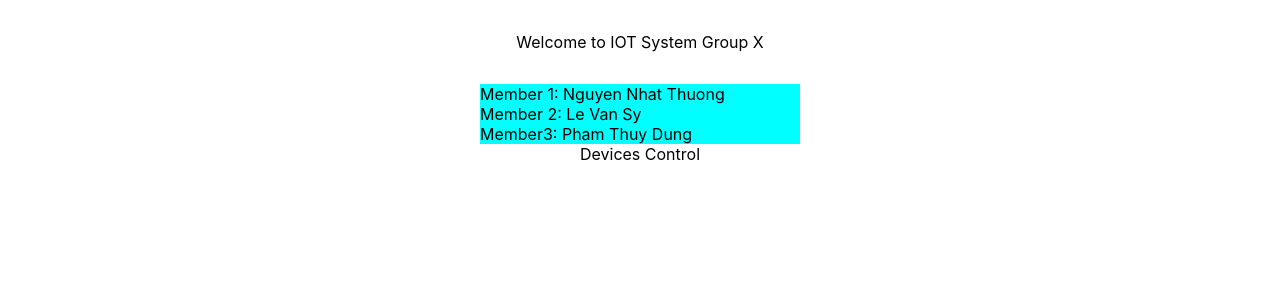
Repository: ngnhthuong/IOT_LAB
Page: /
An editor plug-in stored every save of this project. The page is shown before and after a run of saves, followed by the edit.
The browser window is 1280 px wide. The pictures show the whole page.
The project was rebuilt for these pictures with package versions that can differ from the ones it lists, and the page was loaded fresh each time.

Above is the page before, as saved 2024-04-23 14:37:23.

### src/App.js
import "./App.css";

function App() {
  return (
    <div className="main">
      <div>

      </div>
      <div className="welcome-name">Welcome to IOT System Group X</div>
      <div className="member-name">
        <div className="member">Member 1: Nguyen Nhat Thuong</div>
        <div className="member">Member 2: Le Van Sy</div>
        <div className="member">Member3: Pham Thuy Dung</div>
      </div>
      <div>Devices Control</div>
      <div>
        <div>
          <div></div>
          <div></div>
        </div>
        <div>
          <div></div>
          <div></div>
        </div>
      </div>
    </div>
  );
}

export default App;

### src/App.css
* {
  margin: 0;
  padding: 0;
  box-sizing: border-box;
}

.main{
  width: 100vw;
  height: 100vh;
  display: flex;
  /* justify-content: center; */
  align-items: center;
  flex-direction: column;
}

.welcome-name{
  display: flex;
  justify-content: center;
  padding: 2rem;
}

.member-name{
  display: flex;
  flex-direction: column;
  background-color: aqua;
  width: 20rem;
}

.member{
  display: flex;
  left: 0;
}

Loaded but not shown: public/index.html (common file); src/index.js (common file); src/index.css (common file)

After the next 4 saves:
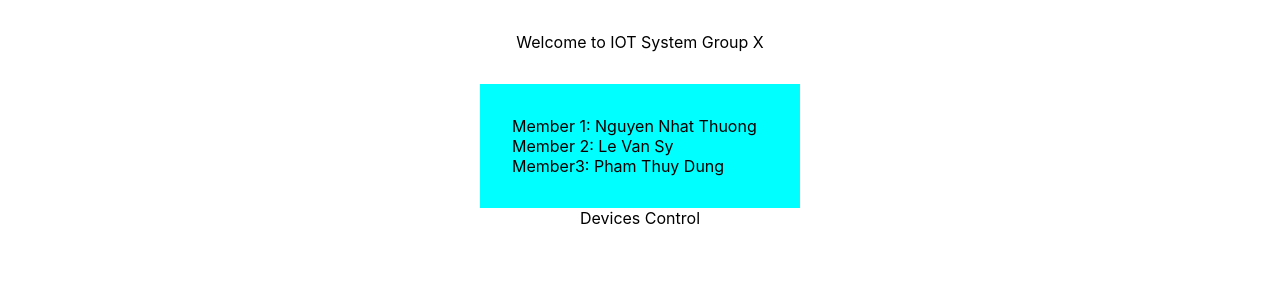
The 4 saves are shown as one change because they came seconds apart.
The last was saved 34 s later.
--- a/src/App.css
+++ b/src/App.css
@@ -8,7 +8,6 @@
   width: 100vw;
   height: 100vh;
   display: flex;
-  /* justify-content: center; */
   align-items: center;
   flex-direction: column;
 }
@@ -24,6 +23,7 @@
   flex-direction: column;
   background-color: aqua;
   width: 20rem;
+  padding: 2rem;
 }
 
 .member{
